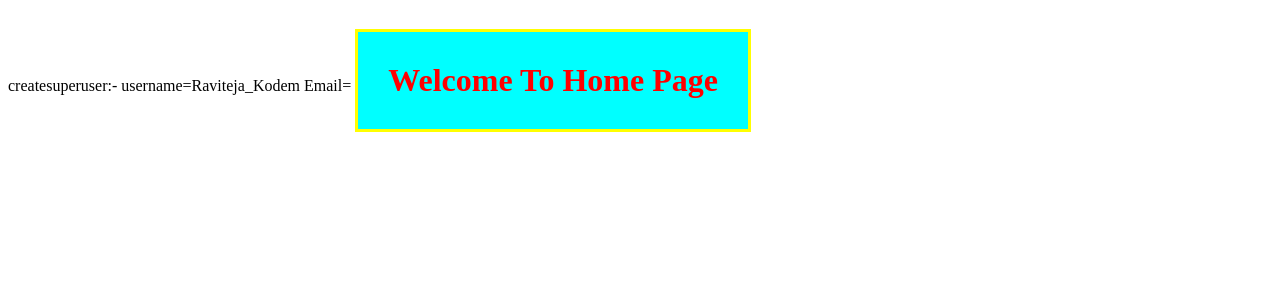
Repository: Raviteja6671/Django
Page: http://localhost/home/
An editor plug-in stored every save of this project. The page is shown before and after a run of saves, followed by the edit.
The browser window is 1280 px wide. The pictures show the whole page.
The page is served by the project's application, run on Django 5.2 (myProject/manage.py).

Above is the page before, as saved 2025-12-07 19:52:00.

After the next 3 saves:
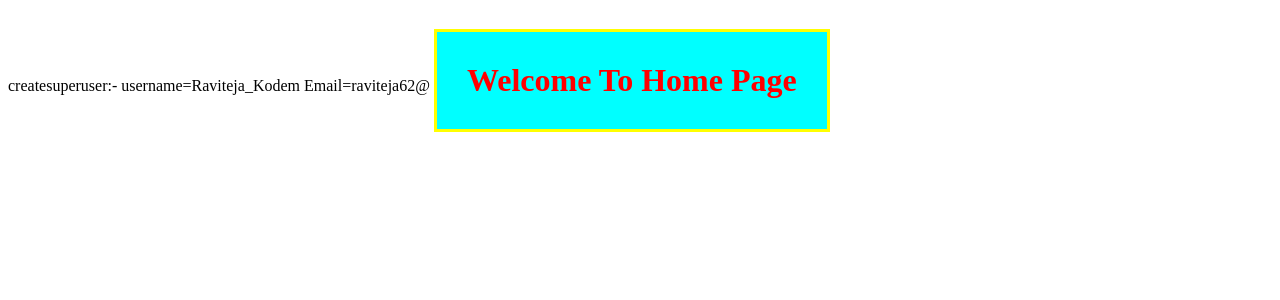
The 3 saves are shown as one change because they came seconds apart.
The last was saved 10 s later.
--- a/myProject/basic/templates/home.html
+++ b/myProject/basic/templates/home.html
@@ -15,7 +15,7 @@
     </style>
     createsuperuser:-
     username=Raviteja_Kodem
-    Email=
+    Email=raviteja62@
 </head>
 <body>
     <h1>Welcome To Home Page</h1>
